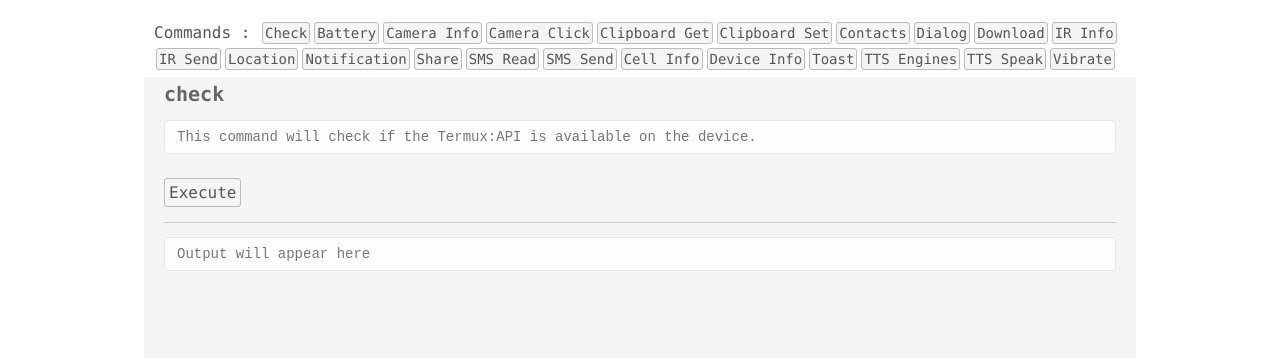
Repository: easy-quest/PHP-Termux-API
Page: http://localhost/api.php
These files come from the project's save history. The page is drawn as it stood at one moment and after the next save; the edit follows.
The browser window is 1280 px wide. The pictures show the whole page.
The page is run by PHP 8.4 with error messages shown; the project is at /var/www/html/.

Above is the page before, as saved 2021-12-02 01:29:47.

### api.php
<?php
if(isset($_REQUEST['command']) && isset($_REQUEST['param'])){
  /* Check if Termux:API is available */
  if($_REQUEST['command']=="check"){
    $test = shell_exec('termux-battery-status -h');
    if (substr($test, 0, 5) === 'Usage'){
      die("Termux:API is available");
    }
    else{
      die("Termux:API is not available");
    }
  }

  $command=$_REQUEST['command'];
  $param=$_REQUEST['param'];
  if(!$param==""){
    $response=shell_exec("$command $param");
  }
  else{
    $response=shell_exec("$command");
  }

  echo $response;
  exit();
}
?>
<!DOCTYPE html>
<html>
<head>
<meta name="viewport" content="width=device-width, initial-scale=1.0">
<style>
* {
  box-sizing: border-box;
}
.btn{
  background-color:#f5f5f5;
  display: inline-block;
  color: #555;
  text-align: center;
  border: solid 1px #bbb;
  border-radius:3px;
}
.btn:hover{
  cursor: pointer;
  background-color: #ddd;
}
pre{
  padding:8px 12px;
  overflow-x:scroll;
  border: 1px solid #e8e8e8;
  border-radius:3px;
  background-color:#fdfdfd;
  color:#777;
  font-size:14px
}
code{
  border: 0;
  padding-right: 0;
  padding-left: 0;
}
input{
  font-family:MonoSpace;
  color:#555;
  border:solid 1px #bbb;
  border-radius:4px;
  padding:4px;
  outline:none
}
.commands {
  max-width:992px;
  margin:auto;
  padding-left:10px;
  padding-right:10px;
}
.commands a {
  background-color:#f5f5f5;
  display: inline-block;
  color: #555;
  text-align: center;
  border: solid 1px #bbb;
  border-radius:3px;
  font-size:14px;
  color: #555;
  padding: 2px;
  margin:2px;
  text-decoration: none;
}
.commands a:hover{
  cursor: pointer;
  background-color: #ddd;
}
.execute{
  padding:4px;
  margin-top:10px;
}
.main {
  margin:auto;
  margin-top:5px;
  max-width:992px;
  padding:5px 20px;
  background:#f5f5f5;
  min-height:350px;
}
#photo-link{
  padding:4px;
  margin-top:5px;
  margin-bottom:50px;
  text-decoration:none;
}

@media only screen and (max-width:992px) {
  .commands, .main{
    width:100%;
  }
}
</style>
</head>
<body style="color:#555;font-family:Consolas, MonoSpace;margin:0px;">
  <h2 style="text-align:center"></h2>
  <div class="commands">
    Commands :
    <a onclick="cmd(0)" href=#>Check</a><a onclick="cmd(1)" href=#>Battery</a><a onclick="cmd(2)" href=#>Camera Info</a><a onclick="cmd(3)" href=#>Camera Click</a><a onclick="cmd(4)" href=#>Clipboard Get</a><a onclick="cmd(5)" href=#>Clipboard Set</a><a onclick="cmd(6)" href=#>Contacts</a><a onclick="cmd(7)" href=#>Dialog</a><a onclick="cmd(8)" href=#>Download</a><a onclick="cmd(9)" href=#>IR Info</a><a onclick="cmd(10)" href=#>IR Send</a><a onclick="cmd(11)" href=#>Location</a><a onclick="cmd(12)" href=#>Notification</a><a onclick="cmd(13)" href=#>Share</a><a onclick="cmd(14)" href=#>SMS Read</a><a onclick="cmd(15)" href=#>SMS Send</a><a onclick="cmd(16)" href=#>Cell Info</a><a onclick="cmd(17)" href=#>Device Info</a><a onclick="cmd(18)" href=#>Toast</a><a onclick="cmd(19)" href=#>TTS Engines</a><a onclick="cmd(20)" href=#>TTS Speak</a><a onclick="cmd(21)" href=#>Vibrate</a>
  </div>
  <div class="main">
    <div id="command" style="color:#666;font-weight:bold;font-size:20px"></div>
    <pre style="white-space:pre-wrap;"><code id= "documentation"></code></pre>
    <div>
      <div id="param" style="margin-top:10px">
        <span style="">Enter parameters : </span>
        <input id="paramInput">
      </div>
      <div onclick="execute()" class="execute btn">Execute</div>
    </div>
    <div style="border-top:solid 1px #ccc;width:100%;height:1px;margin:auto;margin-top:15px;margin-bottom:5px;"></div>
    <pre><code id= "response"></code></pre>
  </div>

  <script>
  var api = {
    0:{command:"check",doc:"This command will check if the Termux:API is available on the device.",sampleParam:""},
    1:{command:"termux-battery-status",doc:"Usage: termux-battery-status\nGet the status of the device battery.",sampleParam:""},
    2:{command:"termux-camera-info",doc:"Usage: termux-camera-info\nGet information about device camera(s).",sampleParam:""},
    3:{command:"termux-camera-photo",doc:"Usage: termux-camera-photo [-c camera-id] output-file\nTake a photo and save it to a file in JPEG format.\n\n  -c camera-id  ID of the camera to use (see termux-camera-info), default: 0",sampleParam:"-c 0 photo.jpg"},
    4:{command:"termux-clipboard-get",doc:"Usage: termux-clipboard-get\nGet the system clipboard text.",sampleParam:""},
    5:{command:"termux-clipboard-set",doc:"Usage: termux-clipboard-set [text]\nSet the system clipboard text. The text to set is either supplied as arguments or read from stdin if no arguments are given.",sampleParam:"Hello"},
    6:{command:"termux-contact-list",doc:"Usage: termux-contact-list\nList all contacts.",sampleParam:""},
    7:{command:"termux-dialog",doc:"Usage: termux-dialog [-i hint] [-m] [-p] [-t title]\nShow a text entry dialog.\n\n  -i hint   the input hint to show when the input is empty\n  -m        use a textarea with multiple lines instead of a single\n  -p        enter the input as a password\n  -t title  the title to show for the input prompt",sampleParam:"-t Enter Something"},
    8:{command:"termux-download",doc:"Usage: termux-download [-d description] [-t title] url-to-download\nDownload a resource using the system download manager.\n\n  -d description  description for the download request notification\n  -t title        title for the download request notification",sampleParam:"-t Anupam http://g.jpg"},
    9:{command:"termux-infrared-frequencies",doc:"Usage: termux-infrared-frequencies\nQuery the infrared transmitter's supported carrier frequencies.",sampleParam:""},
    10:{command:"termux-infrared-transmit",doc:"Usage: termux-infrared-transmit -f frequency pattern\nTransmit an infrared pattern. The pattern is specified in comma-separated on/off intervals, such as '20,50,20,30'. Only patterns shorter than 2 seconds will be transmitted.\n\n  -f frequency  IR carrier frequency in Hertz",sampleParam:"-f 30000 20,50,20,30"},
    11:{command:"termux-location",doc:"usage: termux-location [-p provider] [-r request]\nGet the device location.\n\n  -p provider  location provider [gps/network/passive] (default: gps)\n  -r request   kind of request to make [once/last/updates] (default: once)",sampleParam:"-p gps -r once"},
    12:{command:"termux-notification",doc:"Usage: termux-notification [-c content] [-i id] [-t title] [-u url]\nDisplay a system notification.\n\n  -c content notification content to show\n  -i id      notification id (will overwrite any previous notification\n               with the same id)\n  -t title   notification title to show\n  -u url     notification url when clicking on it",sampleParam:"-c This is a notification -t Notification"},
    13:{command:"termux-share",doc:"Usage: termux-share [-a action] [-c content-type] [-d] [-t title] [file]\nShare a file specified as argument or the text received on stdin if no file argument is given.\n\n  -a action        which action to performed on the shared content:\n                     edit/send/view (default:view)\n  -c content-type  content-type to use (default: guessed from file extension,\n                     text/plain for stdin)\n  -d               share to the default receiver if one is selected\n                     instead of showing a chooser\n\n  -t title         title to use for shared content (default: shared file name)",sampleParam:"-a view photo.jpg"},
    14:{command:"termux-sms-inbox",doc:"Usage: termux-sms-inbox [-d] [-l limit] [-n] [-o offset]\nList received SMS messages.\n\n  -d         show dates when messages were created\n  -l limit   offset in sms list (default: 10)\n  -n         show phone numbers\n  -o offset  offset in sms list (default: 0)",sampleParam:"-l 10 -n -o 0"},
    15:{command:"termux-sms-send",doc:"Usage: termux-sms-send -n number[,number2,number3,...] [text]\nSend a SMS message to the specified recipient number(s). The text to send is either supplied as arguments or read from stdin if no arguments are given.\n\n  -n number(s)  recipient number(s) - separate multiple numbers by commas",sampleParam:"-n 1234567890 Hello"},
    16:{command:"termux-telephony-cellinfo",doc:"Usage: termux-telephony-cellinfo\nGet information about all observed cell information from all radios on the device including the primary and neighboring cells.",sampleParam:""},
    17:{command:"termux-telephony-deviceinfo",doc:"Usage: termux-telephony-deviceinfo\nGet information about the telephony device.",sampleParam:""},
    18:{command:"termux-toast",doc:"Usage: termux-toast [-s] [text]\nShow text in a Toast (a transient popup). The text to show is either supplied as arguments or read from stdin if no arguments are given.\n\n -s  only show the toast for a short while",sampleParam:"-s This is a toast"},
    19:{command:"termux-tts-engines",doc:"Usage: termux-tts-engines\nGet information about the available text-to-speech (TTS) engines. The name of an engine may be given to the termux-tts-speak command using the -e option.",sampleParam:""},
    20:{command:"termux-tts-speak",doc:"Usage: termux-tts-speak [-e engine] [-l language] [-p pitch] [-r rate] [-s stream] [text-to-speak]\nSpeak text with a system text-to-speech (TTS) engine. The text to speak is either supplied as arguments or read from stdin if no arguments are given.\n\n  -e engine    TTS engine to use (see termux-tts-engines)\n  -l language  language to speak in (may be unsupported by the engine)\n  -p pitch     pitch to use in speech. 1.0 is the normal pitch,\n                 lower values lower the tone of the synthesized voice,\n                 greater values increase it.\n  -r rate      speech rate to use. 1.0 is the normal speech rate,\n                 lower values slow down the speech\n                 (0.5 is half the normal speech rate)\n                 while greater values accelerates it\n                 (2.0 is twice the normal speech rate).\n  -s stream    audio stream to use (default:NOTIFICATION), one of:\n                 ALARM, MUSIC, NOTIFICATION, RING, SYSTEM, VOICE_CALL",sampleParam:"-p 1.3 Hello How are you"},
    21:{command:"termux-vibrate",doc:"Usage: termux-vibrate [-d duration] [-f]\nVibrate the device.\n\n  -d duration  the duration to vibrate in ms (default:1000)\n  -f           force vibration even in silent mode",sampleParam:"-d 500"}
  }

  //default values
  var command = api[0].command;
  var param = "";
  var doc = api[0].doc;
  var msg = "Output will appear here";

  document.getElementById("param").hidden= true;
  document.getElementById("response").innerHTML = msg;
  document.getElementById("command").innerHTML = command;
  document.getElementById("documentation").innerHTML = doc;

/** Function to select command and sampleParam*/
  function cmd(id=0){
    command = api[id].command;
    var doc = api[id].doc;
    var sampleParam = api[id].sampleParam;
    document.getElementById("documentation").innerHTML = doc;
    document.getElementById("command").innerHTML = command;
    document.getElementById("response").innerHTML = msg;
    var photoLink = document.getElementById("photo-link");
    if(photoLink){
      photoLink.parentNode.removeChild(photoLink);
    }
    if(sampleParam==""){
      document.getElementById("param").hidden = true;
      document.getElementById("paramInput").value = "";
    }
    else{
      document.getElementById("param").hidden = false;
      document.getElementById("paramInput").value = sampleParam;
    }
  }

/** Function to send AJAX Request with command and param, then show the response*/
  function execute(){
    param = document.getElementById("paramInput").value;
    var xhttp = new XMLHttpRequest();
    xhttp.onreadystatechange = function() {
      if(this.readyState == 1){
        document.getElementById("response").innerHTML = "server connection established";
      }
      if(this.readyState == 2){
        document.getElementById("response").innerHTML = "request received";
      }
      if(this.readyState == 3){
        document.getElementById("response").innerHTML = "processing request";
      }
      if (this.readyState == 4 && this.status == 200) {
        document.getElementById("response").innerHTML = this.responseText;
        if(command=="termux-camera-photo"){
          var name = param.substring(5);
          var l = document.createElement("a");
          var text = document.createTextNode("View Image");
          l.appendChild(text);
          l.setAttribute("href",name);
          l.setAttribute("target","_blank");
          l.setAttribute("id","photo-link");
          l.setAttribute("class","btn");
          document.getElementById("response").parentElement.parentElement.appendChild(l);
        }
      }
    };
    xhttp.open("POST", "<?php echo basename(__FILE__);?>", true);
    xhttp.setRequestHeader("Content-type", "application/x-www-form-urlencoded");
    xhttp.send("command=" + command + "&param=" + param);
  }
  </script>
</body>
</html>

After the next save:
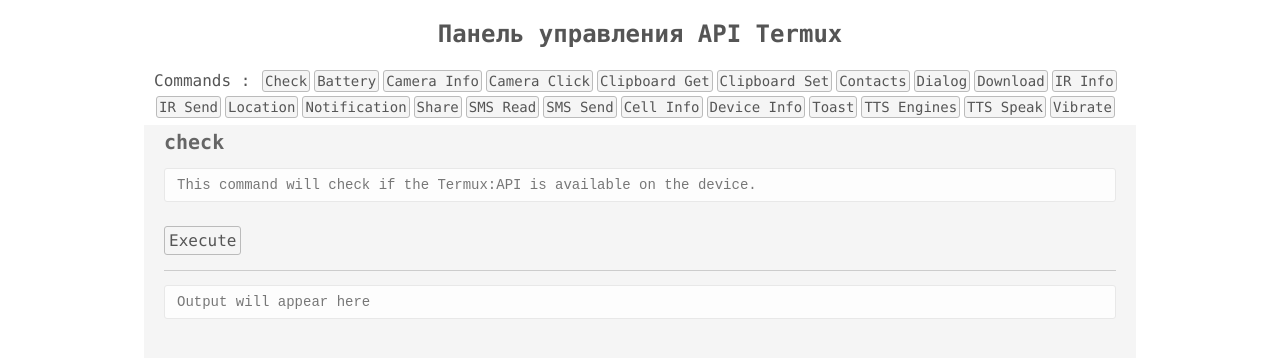
Saved 9 s later.
--- a/api.php
+++ b/api.php
@@ -116,7 +116,7 @@
 </style>
 </head>
 <body style="color:#555;font-family:Consolas, MonoSpace;margin:0px;">
-  <h2 style="text-align:center"></h2>
+  <h2 style="text-align:center">Панель управления API Termux</h2>
   <div class="commands">
     Commands :
     <a onclick="cmd(0)" href=#>Check</a><a onclick="cmd(1)" href=#>Battery</a><a onclick="cmd(2)" href=#>Camera Info</a><a onclick="cmd(3)" href=#>Camera Click</a><a onclick="cmd(4)" href=#>Clipboard Get</a><a onclick="cmd(5)" href=#>Clipboard Set</a><a onclick="cmd(6)" href=#>Contacts</a><a onclick="cmd(7)" href=#>Dialog</a><a onclick="cmd(8)" href=#>Download</a><a onclick="cmd(9)" href=#>IR Info</a><a onclick="cmd(10)" href=#>IR Send</a><a onclick="cmd(11)" href=#>Location</a><a onclick="cmd(12)" href=#>Notification</a><a onclick="cmd(13)" href=#>Share</a><a onclick="cmd(14)" href=#>SMS Read</a><a onclick="cmd(15)" href=#>SMS Send</a><a onclick="cmd(16)" href=#>Cell Info</a><a onclick="cmd(17)" href=#>Device Info</a><a onclick="cmd(18)" href=#>Toast</a><a onclick="cmd(19)" href=#>TTS Engines</a><a onclick="cmd(20)" href=#>TTS Speak</a><a onclick="cmd(21)" href=#>Vibrate</a>
